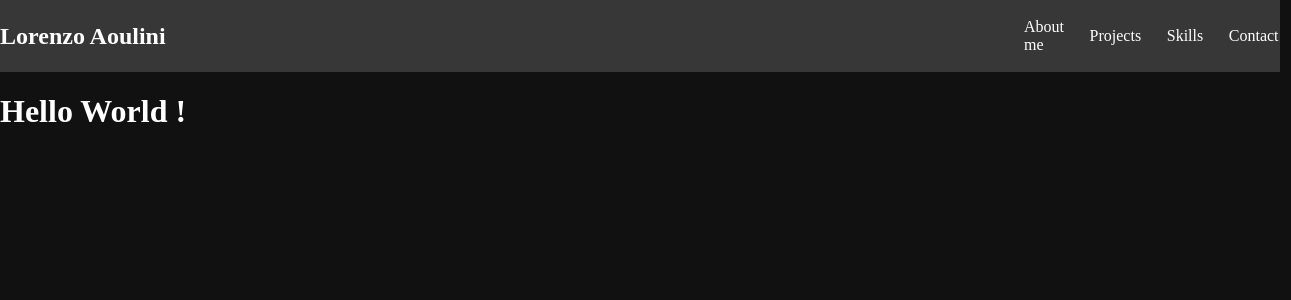
Repository: lolo298/lolo298.github.io
Page: index.html
The author's editor kept a copy of each file at every save. The page is drawn from the files as they stood at one save, then again after the next save.
The browser window is 1280 px wide. The page is 1291 px wide, then 1280 px, so the pictures cover 1291 px, including what lies to the right of the window. The pictures show the whole page.

Above is the page before, as saved 2022-05-09 17:10:03.

### index.html
<!DOCTYPE html>
<html lang="en">

<head>
    <meta charset="UTF-8">
    <meta http-equiv="X-UA-Compatible" content="IE=edge">
    <meta name="viewport" content="width=device-width, initial-scale=1.0">
    <link rel="stylesheet" href="css/style.css">
    <title>Portfolio</title>
</head>

<body>
    <div class="main-container">
        <nav class="main-navbar">
            <h1>Lorenzo Aoulini</h1>
            <ul class="main-navbar-list">
                <li class="main-navbar-item">
                    <a href="#">About me</a>
                </li>
                <li class="main-navbar-item">
                    <a href="#">Projects</a>
                </li>
                <li class="main-navbar-item">
                    <a href="#">Skills</a>
                </li>
                <li class="main-navbar-item">
                    <a href="#">Contact</a>
                </li>
        </nav>
        <h1>Hello World !</h1>

    </div>

</body>

</html>

### css/style.css
html {
    background-color: #111111;
}

body {
    padding: 0;
    margin: 0;
}

.main-container {
    color: white;
    height: 100vh;
    width: 100vw;
}

.main-navbar {
    background-color: #373737;
    height: 10%;
    display: flex;
    justify-content: space-between;
    align-items: center;
}

.main-navbar>* {
    margin: 0;
}

.main-navbar-list {
    width: 20%;
    display: flex;
    flex-direction: row;
    align-items: center;
    list-style: none;
    justify-content: space-between;
    margin-right: 1%;
    height: 100%;
}

.main-navbar-item {
    height: 100%;
    display: flex;
    justify-content: center;
    align-items: center;
    padding: 0% 5% 0% 5%;
}

.main-navbar-item>a {
    vertical-align: middle;
    text-decoration: none;
    color: white;
}

.main-navbar-item:hover {
    background-color: #6A6A6A;
}

After the next save:
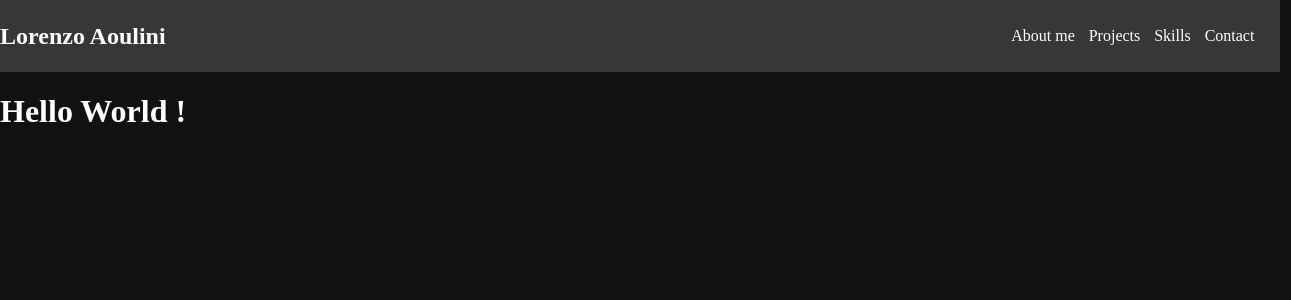
Saved 28 s later.
--- a/css/style.css
+++ b/css/style.css
@@ -41,7 +41,7 @@ body {
     display: flex;
     justify-content: center;
     align-items: center;
-    padding: 0% 5% 0% 5%;
+    padding-right: 5%;
 }
 
 .main-navbar-item>a {
